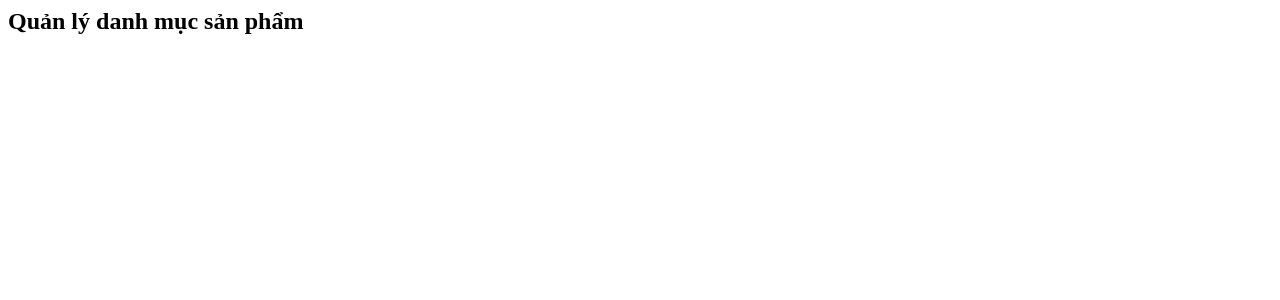
Repository: tuandh111/Java-6-asm
Page: Front-end/Java6_asm_/templates/admin/brands.html
The author's editor kept a copy of each file at every save. The page is drawn from the files as they stood at one save, then again after the next save.
The browser window is 1280 px wide. The pictures show the whole page.

Above is the page before, as saved 2024-03-30 20:14:50.

After the next save:
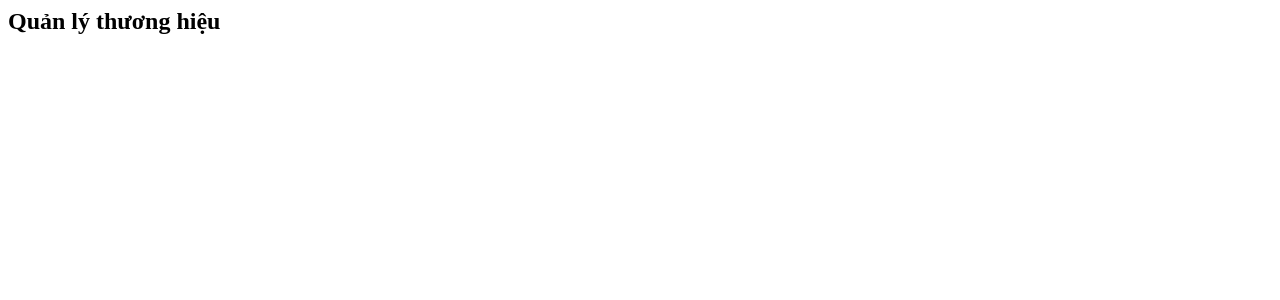
Saved 10 s later.
--- a/Front-end/Java6_asm_/templates/admin/brands.html
+++ b/Front-end/Java6_asm_/templates/admin/brands.html
@@ -1,3 +1,3 @@
 <div class="row mb-4 p-3 category-manager-title">
-    <h2 class="text-center">Quản lý danh mục sản phẩm</h2>
+    <h2 class="text-center">Quản lý thương hiệu</h2>
 </div>
